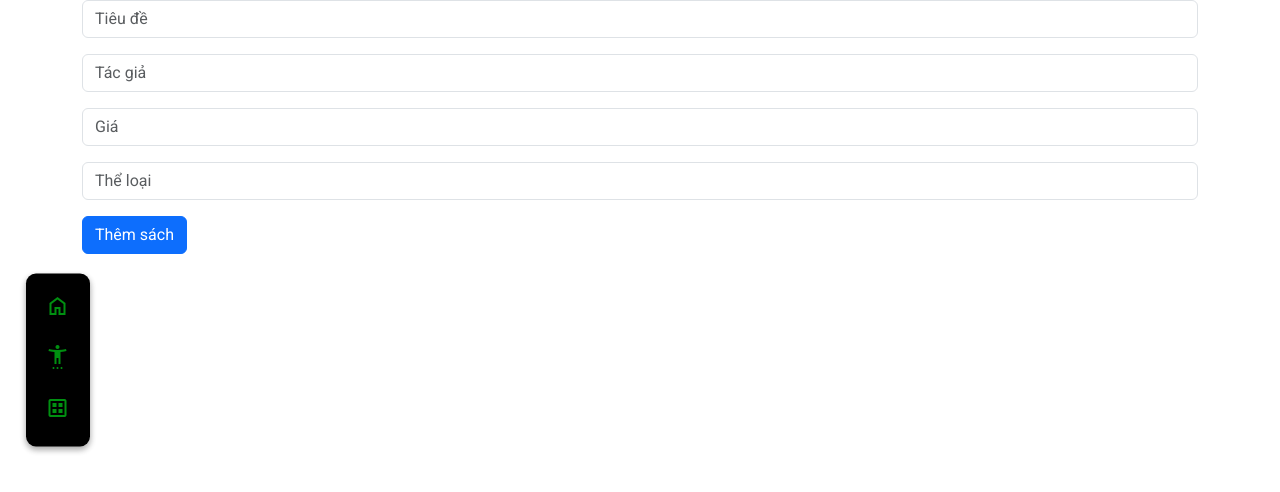
Repository: tuankiet10920/homeworkFEF
Page: /about
The author's editor kept a copy of each file at every save. The page is drawn from the files as they stood at one save, then again after the next save.
The browser window is 1280 px wide. The pictures show the whole page.
The project was rebuilt for these pictures with package versions that can differ from the ones it lists, and the page was loaded fresh each time. Also part of the build but not shown: vite.config.js, src/views/HomeView.vue. Imported but missing from the stored project, and not drawn on this page: src/assets/audio/intro.mp3.

Above is the page before, as saved 2024-10-25 13:43:03.

### index.html
<!doctype html>
<html lang="en">
  <head>
    <meta charset="UTF-8" />
    <link rel="icon" href="/favicon.ico" />
    <meta name="viewport" content="width=device-width, initial-scale=1.0" />
    <link
      href="https://cdn.jsdelivr.net/npm/bootstrap@5.3.3/dist/css/bootstrap.min.css"
      rel="stylesheet"
      integrity="sha384-QWTKZyjpPEjISv5WaRU9OFeRpok6YctnYmDr5pNlyT2bRjXh0JMhjY6hW+ALEwIH"
      crossorigin="anonymous"
    />
    <link
      rel="stylesheet"
      href="https://fonts.googleapis.com/css2?family=Material+Symbols+Outlined:opsz,wght,FILL,GRAD@20..48,100..700,0..1,-50..200"
    />
    <link rel="preconnect" href="https://fonts.googleapis.com" />
    <link rel="preconnect" href="https://fonts.gstatic.com" crossorigin />
    <link
      href="https://fonts.googleapis.com/css2?family=Roboto:ital,wght@0,100;0,300;0,400;0,500;0,700;0,900;1,100;1,300;1,400;1,500;1,700;1,900&display=swap"
      rel="stylesheet"
    />
    <title>Vite App</title>
    <link rel="stylesheet" href="./src/assets/css/main.css" />
  </head>
  <body>
    <div id="app"></div>
    <script
      src="https://cdn.jsdelivr.net/npm/bootstrap@5.3.3/dist/js/bootstrap.bundle.min.js"
      integrity="sha384-YvpcrYf0tY3lHB60NNkmXc5s9fDVZLESaAA55NDzOxhy9GkcIdslK1eN7N6jIeHz"
      crossorigin="anonymous"
    ></script>
    <script type="module" src="/src/main.js"></script>
  </body>
</html>

### src/assets/css/main.css
* {
  margin: 0;
  padding: 0;
  box-sizing: border-box;
  text-decoration: none;
  color: #000;
  font-size: 16px;
  font-family: 'Roboto', sans-serif;
  font-weight: 300;
  font-style: normal;
}

### src/App.vue
<script setup>
import { RouterLink, RouterView } from 'vue-router'
import GetSrcImage from './assets/help/getSrcImage.js'
import Icon from './components/Icon.vue'
</script>

<template>
  <header>
    <div class="wrapper">
      <nav>
        <RouterLink to="/">
          <Icon iconName="home" />
        </RouterLink>

        <RouterLink to="/about">
          <Icon iconName="settings_accessibility" />
        </RouterLink>

        <RouterLink to="/labs">
          <Icon iconName="dataset" />
        </RouterLink>
      </nav>
    </div>
  </header>
  <RouterView />
</template>

<style scoped>
.wrapper nav a {
  margin-bottom: 20px;
  width: fit-content;
  text-decoration: none;
}
.wrapper nav a span {
  color: #009011;
}
.wrapper nav a:last-child {
  margin-bottom: 0;
}
nav {
  display: flex;
  flex-direction: column;
  justify-content: center;
  position: absolute;
  top: 50%;
  left: 2%;
  transform: translateY(-50%);
  padding: 20px;
  border-radius: 10px;
  background: #000;
  box-shadow:
    rgba(0, 0, 0, 0.16) 0px 3px 6px,
    rgba(0, 0, 0, 0.23) 0px 3px 6px;
}
</style>

### src/router/index.js
import { createRouter, createWebHistory } from 'vue-router'
import HomeView from '../views/HomeView.vue'

const router = createRouter({
  history: createWebHistory(import.meta.env.BASE_URL),
  routes: [
    {
      path: '/',
      name: 'home',
      component: HomeView,
    },
    {
      path: '/about',
      name: 'about',
      // route level code-splitting
      // this generates a separate chunk (About.[hash].js) for this route
      // which is lazy-loaded when the route is visited.
      component: () => import('../views/AboutView.vue'),
    },
    {
      path: '/labs',
      name: 'labs',
      component: () => import('../views/LabView.vue'),
    }
  ],
})

export default router

### src/assets/help/getSrcImage.js
const getSrcImage = (image) => {
    let __path = 'http://localhost:5173/src/assets/img/'
    return __path + image
}
export default getSrcImage

### src/components/Icon.vue
<script setup>
const props = defineProps(['iconName'])
</script>
<template>
  <span class="material-symbols-outlined"> {{ props.iconName }} </span>
</template>
<style scoped></style>

### src/views/AboutView.vue
<script setup>
import Bai2 from '../Labs/Lab5/Bai2.vue'
</script>
<template>
  <Bai2 />
</template>

<style></style>

### src/Labs/Lab5/Bai2.vue
<script setup>
import Bai1 from '../../components/Bai1Lab5.vue'
import Bai2 from '../../components/Bai2Lab5.vue'
import { computed, ref } from 'vue'

const books = ref([])

const isHas = computed(() => {
  if (books.value.length > 0) {
    return true
  }
  return false
})
</script>
<template>
  <div class="container">
    <Bai2 />
    <Bai1 v-if="isHas" />
  </div>
</template>
<style scoped></style>

### src/components/Bai2Lab5.vue
<script setup>
import { reactive, defineEmits } from 'vue'

const emits = defineEmits()
const book = reactive({
  id: null,
  title: '',
  author: '',
  price: null,
  category: '',
})
const clearForm = () => {
  book.id = null
  book.title = ''
  book.author = ''
  book.price = null
  book.category = ''
}
const addBook = () => {
  if (
    book.title !== '' &&
    book.author !== '' &&
    book.price !== null &&
    book.category !== ''
  ) {
    emits('add-book', {
      id: Date.now(),
      title: book.title,
      author: book.author,
      price: book.price,
      category: book.category,
    })
    clearForm()
  }
}
</script>
<template>
  <form @submit.prevent="addBook" class="mb-4">
    <div class="mb-3">
      <input
        v-model="book.title"
        type="text"
        class="form-control"
        placeholder="Tiêu đề"
      />
    </div>
    <div class="mb-3">
      <input
        v-model="book.author"
        type="text"
        class="form-control"
        placeholder="Tác giả"
      />
    </div>
    <div class="mb-3">
      <input
        v-model.number="book.price"
        type="number"
        class="form-control"
        placeholder="Giá"
      />
    </div>
    <div class="mb-3">
      <input
        v-model="book.category"
        type="text"
        class="form-control"
        placeholder="Thể loại"
      />
    </div>
    <button type="submit" class="btn btn-primary">Thêm sách</button>
  </form>
</template>
<style></style>

### src/components/Bai1Lab5.vue
<script setup>
import { defineProps } from 'vue'

const props = defineProps({
  id: Number,
  title: String,
  author: String,
  price: Number,
  category: String,
})
</script>
<template>
  <div class="container">
    <div class="card">
      <div class="card-title">{{ props.title }}</div>
      <div class="card-subtitle">Tác giả: {{ props.author }}</div>
      <div class="card-text">{{ props.price.toLocaleString() }} VND</div>
      <div class="card-text" v-html="props.category"></div>
    </div>
  </div>
</template>
<style></style>

Loaded but not shown: src/main.js (common file)

After the next save:
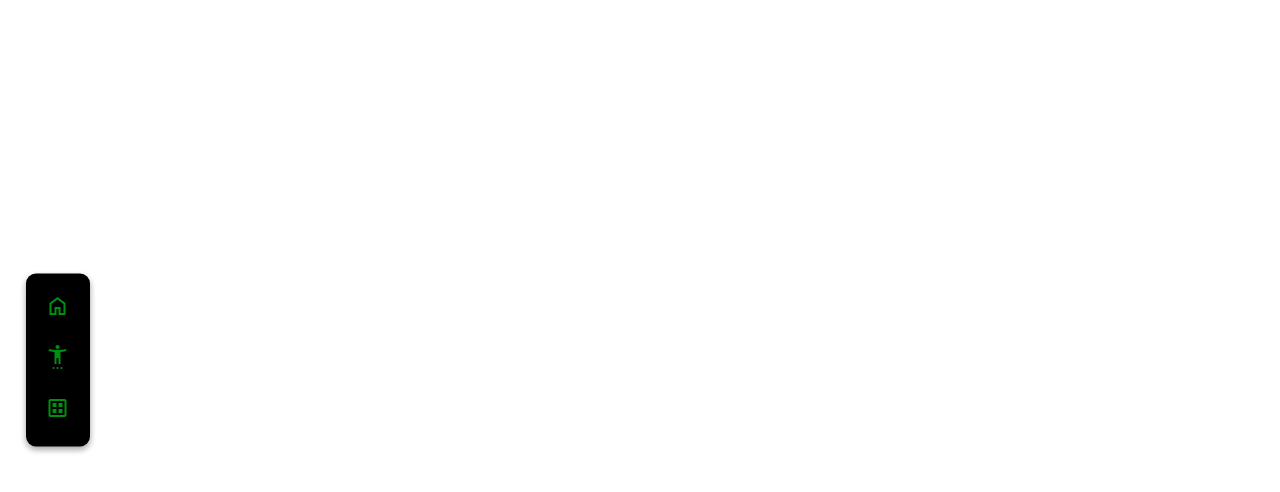
Console error: TypeError: Cannot read properties of undefined (reading 'toLocaleString')
Saved 41 s later.
--- a/src/Labs/Lab5/Bai2.vue
+++ b/src/Labs/Lab5/Bai2.vue
@@ -3,7 +3,7 @@
 import Bai2 from '../../components/Bai2Lab5.vue'
 import { computed, ref } from 'vue'
 
-const books = ref([])
+const books = ref([1])
 
 const isHas = computed(() => {
   if (books.value.length > 0) {

After the save that followed:
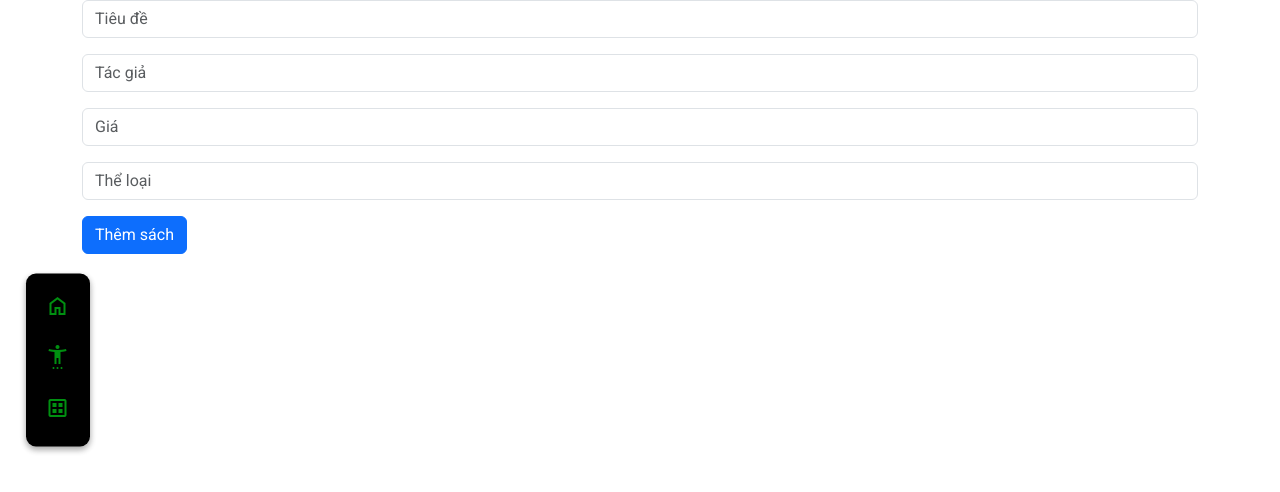
The error is gone.
Saved 13 s later.
--- a/src/Labs/Lab5/Bai2.vue
+++ b/src/Labs/Lab5/Bai2.vue
@@ -3,7 +3,7 @@
 import Bai2 from '../../components/Bai2Lab5.vue'
 import { computed, ref } from 'vue'
 
-const books = ref([1])
+const books = ref([])
 
 const isHas = computed(() => {
   if (books.value.length > 0) {
